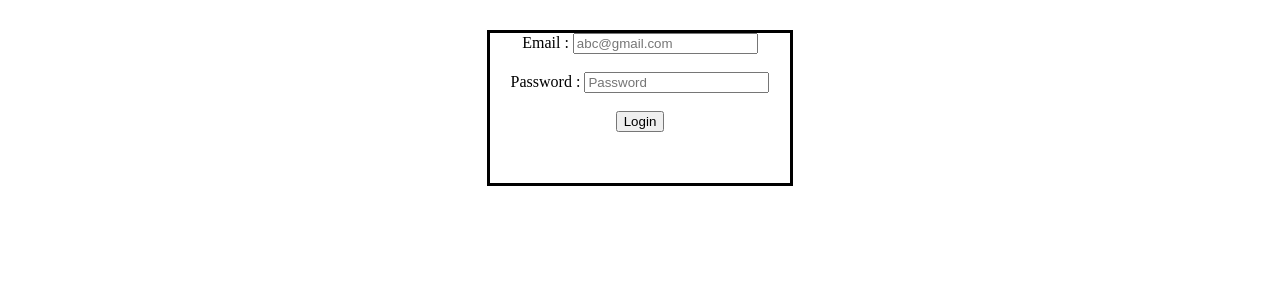
Repository: KD3-86718-yagywalky/Advance-java
Page: http://localhost/Assignment04/
These files come from the project's save history. The page is drawn as it stood at one moment and after the next save; the edit follows.
The browser window is 1280 px wide. The pictures show the whole page.
The page is served by Tomcat 9.

Above is the page before, as saved 2024-12-05 13:17:08.

After the next save:
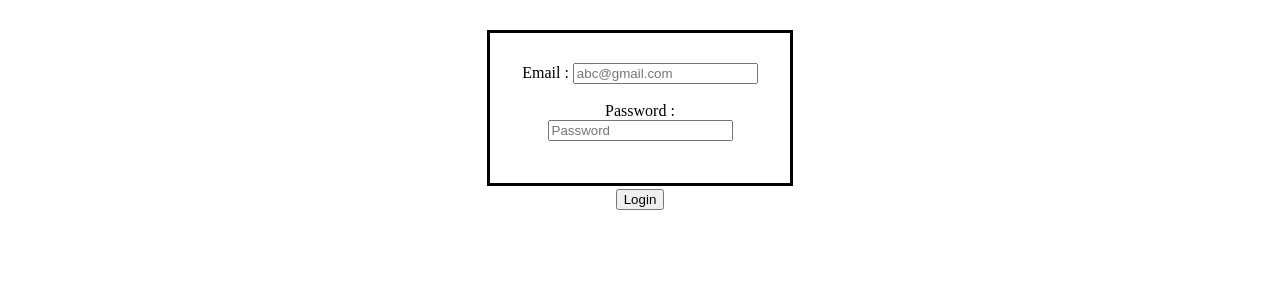
Saved 50 s later.
--- a/Assignment_04/Assignment04/src/main/webapp/index.jsp
+++ b/Assignment_04/Assignment04/src/main/webapp/index.jsp
@@ -12,8 +12,10 @@
 <div style="height: 150px; width: 300px; border: solid; align-self: center; margin: 30px" >
 
 <form action="login.jsp" method="post">
+<p style="margin: 30px;">
 Email : <input type="email" name="email" placeholder="abc@gmail.com"> <br/><br/>
 Password : <input type="password" name="passwd" placeholder="Password"> <br/><br/>
+</p>
 
 <input type="submit" value="Login"> <br/><br/>
 </form>
